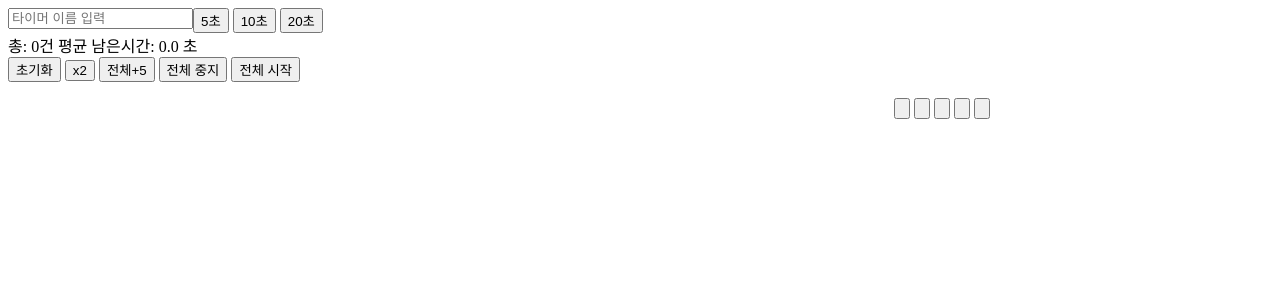
Repository: IT-magician/JS-Practice-Mission2
Page: index.html
These files come from the project's save history. The page is drawn as it stood at one moment and after the next save; the edit follows.
The browser window is 1280 px wide. The pictures show the whole page.

Above is the page before, as saved 2023-11-15 19:15:09.

### index.html
<!DOCTYPE html>
<html lang="en">
  <head>
    <meta charset="UTF-8" />
    <meta name="viewport" content="width=device-width, initial-scale=1.0" />
    <title>Document</title>

    <style>
      .input {
        display: flex;
      }

      .display .item {
        display: flex;
        justify-content: space-evenly;
      }
    </style>
  </head>
  <body>
    <div class="pung-game">
      <div class="input">
        <div class="name">
          <input type="text" name="" id="" placeholder="타이머 이름 입력" />
        </div>
        <div class="btns">
          <input type="button" value="5초" />
          <input type="button" value="10초" />
          <input type="button" value="20초" />
        </div>
      </div>
      <div class="summary">총: 0건 평균 남은시간: 0.0 초</div>
      <div class="control">
        <input type="button" value="초기화" />
        <input type="button" value="x2" />
        <input type="button" value="전체+5" />
        <input type="button" value="전체 중지" />
        <input type="button" value="전체 시작" />
      </div>
      <ul class="display">
        <li class="item">
          <div class="name"></div>
          <div class="left-time"></div>
          <div class="sub-control">
            <input type="button" value="" class="reset" />
            <input type="button" value="" class="multiple" />
            <input type="button" value="" class="add" />
            <input type="button" value="" class="all-stop" />
            <input type="button" value="" class="all-start" />
          </div>
        </li>
      </ul>
    </div>

    <script type="module" src="./js/main.js"></script>
  </body>
</html>

### js/main.js
import { TimerManager } from "./TimerManager.js";

function viewRender(timerInfoList) {
  console.log(timerInfoList);
}

let timerManager = new TimerManager(viewRender);

timerManager.Create("타이머1", 10 * 1000);

// timerManager.multiplerIncreaseAll();
// timerManager.multiplerIncrease(1);
// timerManager.IncreaseAll();
// timerManager.Increase(1);
// timerManager.Clear();
// timerManager.Cancel(1);

### js/TimerManager.js
class TimerManager {
  #pungs = [];

  #checkInterval = 500; // 500ms

  #baseLeftTime = 0;
  #isAllStop = false;

  #uuid = 1;

  #cmp;

  #totalSum = 0;

  #ViewRenderChecker = setInterval(() => {
    // this.#viewRender(this.#pungs);
    console.log(`average : ${this.#totalSum}`);
  }, 1000);

  #viewRender;

  constructor(viewRender, cmp = (lhs, rhs) => lhs - rhs) {
    this.#viewRender = viewRender;
    this.#cmp = cmp;
  }

  #GenerateUUID() {
    return this.#uuid++;
  }

  // 버블 정렬(with stable sort) 응용
  Sort(uuid) {
    let targetIdx = this.#pungs.findIndex((item) => item.uuid === uuid);

    // console.log(`uuid : ${uuid}, targetIdx : ${targetIdx}`);
    if (targetIdx === -1) return;

    let swapIdx = -1;

    for (let i = targetIdx + 1; i < this.#pungs.length; i++)
      if (this.#cmp(this.#pungs[targetIdx], this.#pungs[i]) > 0) swapIdx = i;

    for (let i = targetIdx - 1; i >= 0; i--)
      if (this.#cmp(this.#pungs[targetIdx], this.#pungs[i]) < 0) swapIdx = i;

    if (swapIdx === -1) return;

    [this.#pungs[targetIdx], this.#pungs[swapIdx]] = [
      this.#pungs[swapIdx],
      this.#pungs[targetIdx],
    ];
  }

  TimerInfoClass = class {
    name;
    uuid;
    value;
    timer = null;
    isStop = false;

    /**
     *
     * @param {string|number} name
     * @param {number} value : 삭제되기까지 남은 시간
     * @param {string|number} uuid
     */
    constructor(name, value, uuid) {
      this.name = name;
      this.value = value;
      this.uuid = uuid;
    }

    /**
     * Array.find(condition)?.executeMethod() 연산자를 사용하고 싶어서 만든 메서드들
     */
    Multipler = (value = 2) => (this.value *= value);
    Add = (value = 5) => (this.value += value);
    Start = () => (this.isStop = false);
    Stop = () => (this.isStop = true);
    ClearCountDownTimer = () => {
      if (this.timer === false) return;
      clearInterval(this.timer);
      this.timer = null;

      return this;
    };

    /**
     * Array.find(condition)?.executeMethod() 연산자를 사용하고 싶어서 만든 메서드들 + 이후 작업 처리용
     *
     * 원본:
     * execute = (func) => {
     *   return (...args) => {
     *     func(...args);
     *   };
     * };
     *
     * 외부에서 사용 예시:
     * timeInfo = new TimerInfoClass(...)
     * timeInfo.execute((a,b) => console.log(a+b))(1,2)
     */
    execute = (func) => {
      func(this);
      return this;

      // vs(위와 아래중에 머가 의도한거니.. 뭘 의도하고 싶었던거니..?)
      // return (...args) => func(...args);
    };
  };

  #getDiff(past, current) {
    return Math.abs(past - current);
  }

  #append(name, value) {
    let uuid = this.#GenerateUUID();
    let timerInfo = new this.TimerInfoClass(name, value, uuid);

    this.#pungs.push(timerInfo);
    this.#totalSum += value;

    return timerInfo;
  }

  /// ________________________________________________________________________
  //                            외부 호출 메소드 API
  /// ________________________________________________________________________

  GetAverage() {
    if (this.#pungs.length == 0) return 0;

    return this.#totalSum / 1000 / this.#pungs.length;
  }

  Create(name, value) {
    let timerInfo = this.#append(name, value);
    const uuid = timerInfo.uuid;

    new Promise((resolve, reject) => {
      // 시간 카운트 다운 설정
      timerInfo.timer = setInterval(() => {
        if (this.#isAllStop || timerInfo.isStop) return;

        const past = timerInfo.value;
        timerInfo.value = Math.max(0, timerInfo.value - this.#checkInterval);

        console.log(past, timerInfo.value, this.#totalSum);

        this.Sort(uuid);

        if (timerInfo.value === 0) {
          timerInfo.ClearCountDownTimer();

          resolve();
        }

        this.#totalSum -= this.#getDiff(past, timerInfo.value); // down value
      }, this.#checkInterval);
    }).then((resolve, reject) => {
      // 종료 작업
      this.Cancel(uuid);
    });
  }

  Clear() {
    for (let i = this.#pungs.length - 1; i >= 0; i--)
      this.Cancel(this.#pungs[i].uuid);

    this.#pungs = [];
  }

  multiplerIncreaseAll(value = 2) {
    this.StopAll();

    this.#pungs?.forEach((item) => {
      const past = item.value;
      item.Multipler();
      this.#totalSum += this.#getDiff(past, item.value);
    });

    this.StartAll();
  }

  multiplerIncrease(uuid, value = 2) {
    this.#pungs
      .find((item) => item.uuid === uuid)
      ?.execute((instance) => {
        const past = instance.value;
        instance.Multipler(value);
        this.#totalSum += this.#getDiff(past, instance.value);
      });
  }

  StopAll() {
    this.#isAllStop = true;
  }

  Stop(uuid) {
    this.pungs.find((item) => item.uuid === uuid)?.Stop();
  }

  StartAll() {
    this.#isAllStop = false;
  }
  Start(uuid) {
    this.pungs.find((item) => item.uuid === uuid)?.Start();
  }

  IncreaseAll(value = 5) {
    this.StopAll();

    this.#pungs?.forEach((item) => {
      const past = item.value;
      item.Add();
      this.#totalSum += this.#getDiff(past, item.value);
    });

    this.StartAll();
  }

  Increase(uuid, value = 5) {
    this.#pungs
      .find((item) => item.uuid === uuid)
      ?.execute((instance) => {
        const past = instance.value;
        instance.Add(value);
        this.#totalSum += this.#getDiff(past, instance.value);
      });
  }

  Cancel(uuid) {
    console.log(this.#pungs);
    console.log(
      `Cancel - uuid : ${uuid}`,
      this.#pungs.find((item) => item.uuid === uuid)
    );
    this.#pungs
      .find((item) => item.uuid === uuid)
      ?.ClearCountDownTimer()
      // .execute(() => console.log(this.#pungs));
      .execute((instance) => {
        this.#totalSum -= instance.value;
        this.#pungs.splice(
          this.#pungs.findIndex((item) => item.uuid === uuid),
          1
        );

        // ==>  instance는 배열에만 존재하게 설계했음.
        //////  그러므로 이후에 해당 item은 GC가 처리함.
      });
    // .execute(() => alert("헬로"));
  }
}

export { TimerManager };

After the next save:
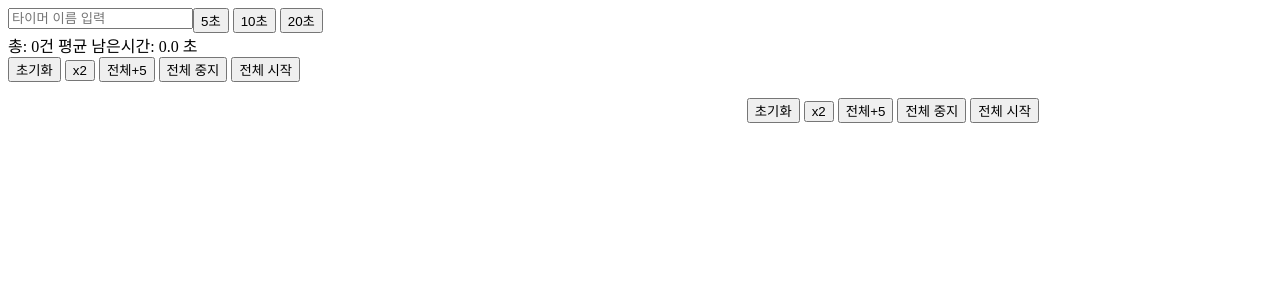
Saved 22 s later.
--- a/index.html
+++ b/index.html
@@ -41,11 +41,11 @@
           <div class="name"></div>
           <div class="left-time"></div>
           <div class="sub-control">
-            <input type="button" value="" class="reset" />
-            <input type="button" value="" class="multiple" />
-            <input type="button" value="" class="add" />
-            <input type="button" value="" class="all-stop" />
-            <input type="button" value="" class="all-start" />
+            <input type="button" value="초기화" class="reset" />
+            <input type="button" value="x2" class="multiple" />
+            <input type="button" value="전체+5" class="add" />
+            <input type="button" value="전체 중지" class="all-stop" />
+            <input type="button" value="전체 시작" class="all-start" />
           </div>
         </li>
       </ul>
